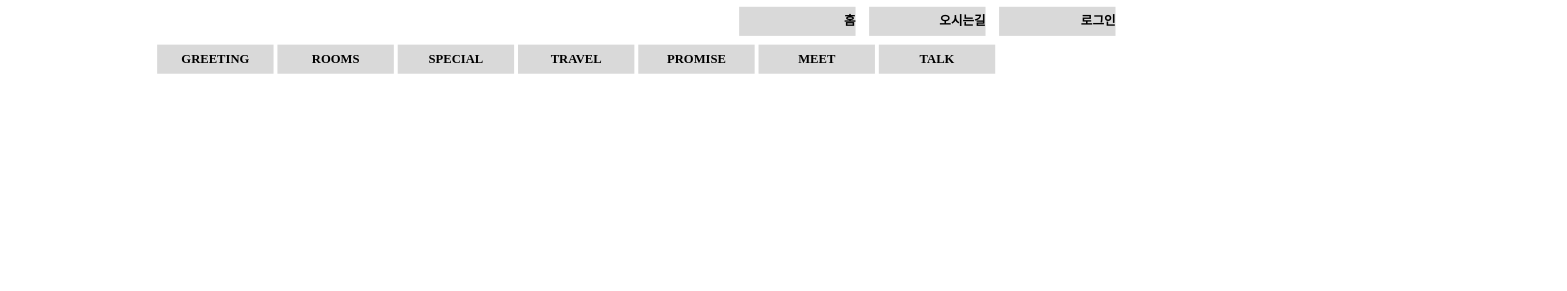
Repository: hojohe/bit-java
Page: 07_css/WebContent/99_exam/exam03.html
These files come from the project's save history. The page is drawn as it stood at one moment and after the next save; the edit follows.
The browser window is 1280 px wide. The page is 1615 px wide, then 1385 px, then 1615 px, so the pictures cover 1615 px, including what lies to the right of the window. The pictures show the whole page, at 97% of full size.

Above is the page before, as saved 2017-01-25 05:52:14.

After the next save:
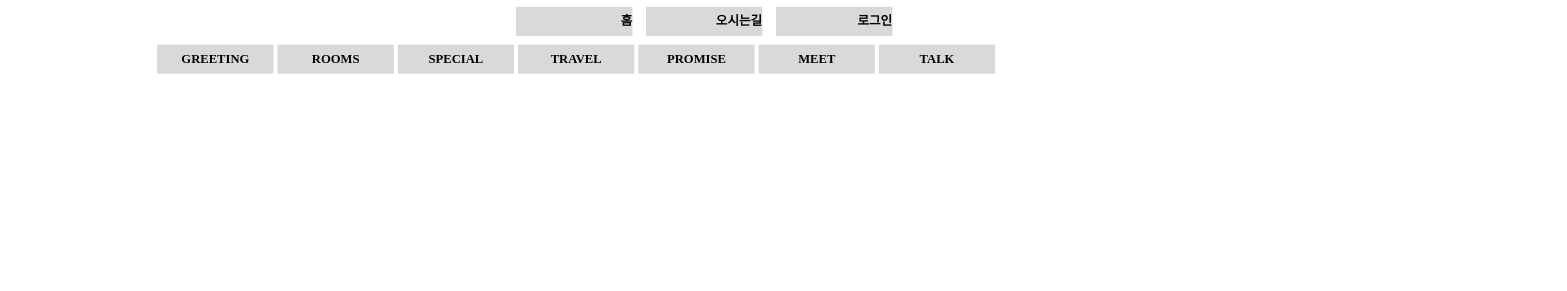
Saved 9 s later.
--- a/07_css/WebContent/99_exam/exam03.css
+++ b/07_css/WebContent/99_exam/exam03.css
@@ -11,7 +11,7 @@
 
 li { list-style: none; }
 
-ul.headerLnb { width:860px; margin: 0 60%; }
+ul.headerLnb { width:860px; margin: 0 40%; }
 ul.headerLnb > li { float:left; }
 ul.headerLnb a {
 	background: #d9d9d9;

After the save that followed:
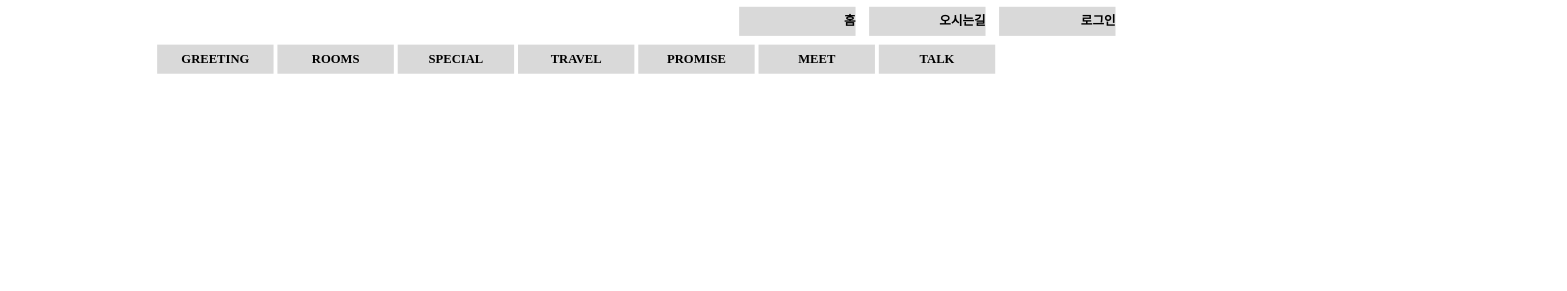
Saved 6 s later.
--- a/07_css/WebContent/99_exam/exam03.css
+++ b/07_css/WebContent/99_exam/exam03.css
@@ -11,7 +11,7 @@
 
 li { list-style: none; }
 
-ul.headerLnb { width:860px; margin: 0 40%; }
+ul.headerLnb { width:860px; margin: 0 60%; }
 ul.headerLnb > li { float:left; }
 ul.headerLnb a {
 	background: #d9d9d9;
